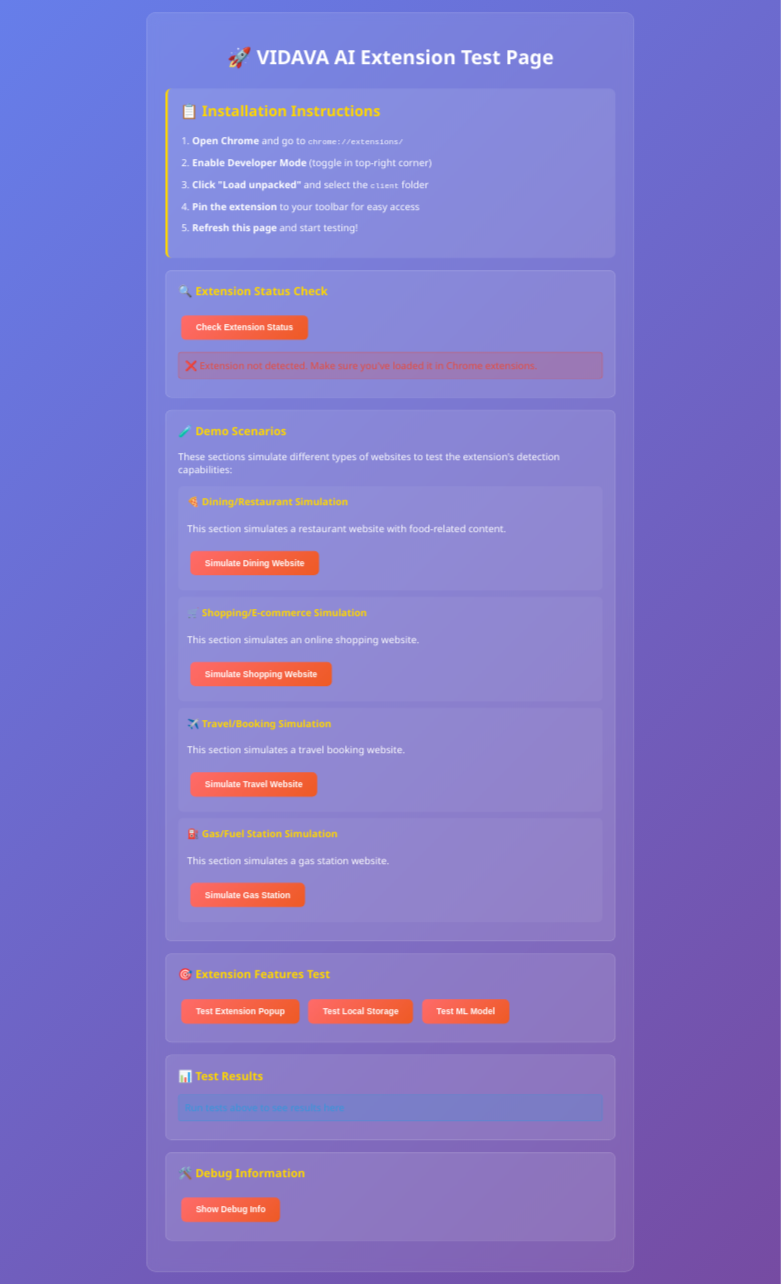
Repository: VihaanShah2004/vs2004-intenrship-version
Page: test-extension.html
These files come from the project's save history. The page is drawn as it stood at one moment and after the next save; the edit follows.
The browser window is 1280 px wide. The pictures show the whole page, at 61% of full size.

Above is the page before, as saved 2025-09-19 16:55:47.

### test-extension.html
<!DOCTYPE html>
<html lang="en">
<head>
    <meta charset="UTF-8">
    <meta name="viewport" content="width=device-width, initial-scale=1.0">
    <title>VIDAVA AI Extension Test Page</title>
    <style>
        body {
            font-family: 'Segoe UI', Tahoma, Geneva, Verdana, sans-serif;
            max-width: 800px;
            margin: 0 auto;
            padding: 20px;
            background: linear-gradient(135deg, #667eea 0%, #764ba2 100%);
            color: white;
            min-height: 100vh;
        }
        .container {
            background: rgba(255, 255, 255, 0.1);
            padding: 30px;
            border-radius: 15px;
            backdrop-filter: blur(10px);
            border: 1px solid rgba(255, 255, 255, 0.2);
        }
        h1 {
            text-align: center;
            margin-bottom: 30px;
            color: #fff;
        }
        .test-section {
            background: rgba(255, 255, 255, 0.1);
            padding: 20px;
            margin: 20px 0;
            border-radius: 10px;
            border: 1px solid rgba(255, 255, 255, 0.2);
        }
        .test-section h3 {
            color: #ffd700;
            margin-top: 0;
        }
        .test-button {
            background: linear-gradient(135deg, #ff6b6b, #ee5a24);
            color: white;
            border: none;
            padding: 12px 24px;
            border-radius: 8px;
            cursor: pointer;
            font-size: 14px;
            font-weight: 600;
            margin: 10px 5px;
            transition: all 0.3s ease;
        }
        .test-button:hover {
            transform: translateY(-2px);
            box-shadow: 0 6px 20px rgba(255, 107, 107, 0.4);
        }
        .status {
            padding: 10px;
            border-radius: 5px;
            margin: 10px 0;
            font-weight: 500;
        }
        .status.success {
            background: rgba(46, 204, 113, 0.2);
            border: 1px solid rgba(46, 204, 113, 0.5);
            color: #2ecc71;
        }
        .status.error {
            background: rgba(231, 76, 60, 0.2);
            border: 1px solid rgba(231, 76, 60, 0.5);
            color: #e74c3c;
        }
        .status.info {
            background: rgba(52, 152, 219, 0.2);
            border: 1px solid rgba(52, 152, 219, 0.5);
            color: #3498db;
        }
        .demo-content {
            background: rgba(255, 255, 255, 0.05);
            padding: 15px;
            border-radius: 8px;
            margin: 10px 0;
        }
        .demo-content h4 {
            color: #ffd700;
            margin-top: 0;
        }
        .instructions {
            background: rgba(255, 255, 255, 0.1);
            padding: 20px;
            border-radius: 10px;
            margin-bottom: 20px;
            border-left: 4px solid #ffd700;
        }
        .instructions h2 {
            color: #ffd700;
            margin-top: 0;
        }
        .instructions ol {
            padding-left: 20px;
        }
        .instructions li {
            margin: 10px 0;
            line-height: 1.6;
        }
        .code-block {
            background: rgba(0, 0, 0, 0.3);
            padding: 15px;
            border-radius: 8px;
            font-family: 'Courier New', monospace;
            font-size: 14px;
            margin: 10px 0;
            border: 1px solid rgba(255, 255, 255, 0.2);
        }
    </style>
</head>
<body>
    <div class="container">
        <h1>🚀 VIDAVA AI Extension Test Page</h1>

        <div class="instructions">
            <h2>📋 Installation Instructions</h2>
            <ol>
                <li><strong>Open Chrome</strong> and go to <code>chrome://extensions/</code></li>
                <li><strong>Enable Developer Mode</strong> (toggle in top-right corner)</li>
                <li><strong>Click "Load unpacked"</strong> and select the <code>client</code> folder</li>
                <li><strong>Pin the extension</strong> to your toolbar for easy access</li>
                <li><strong>Refresh this page</strong> and start testing!</li>
            </ol>
        </div>

        <div class="test-section">
            <h3>🔍 Extension Status Check</h3>
            <button class="test-button" onclick="checkExtensionStatus()">Check Extension Status</button>
            <div id="extensionStatus" class="status info">Click the button above to check if the extension is loaded</div>
        </div>

        <div class="test-section">
            <h3>🧪 Demo Scenarios</h3>
            <p>These sections simulate different types of websites to test the extension's detection capabilities:</p>

            <div class="demo-content">
                <h4>🍕 Dining/Restaurant Simulation</h4>
                <p>This section simulates a restaurant website with food-related content.</p>
                <button class="test-button" onclick="simulateDining()">Simulate Dining Website</button>
            </div>

            <div class="demo-content">
                <h4>🛒 Shopping/E-commerce Simulation</h4>
                <p>This section simulates an online shopping website.</p>
                <button class="test-button" onclick="simulateShopping()">Simulate Shopping Website</button>
            </div>

            <div class="demo-content">
                <h4>✈️ Travel/Booking Simulation</h4>
                <p>This section simulates a travel booking website.</p>
                <button class="test-button" onclick="simulateTravel()">Simulate Travel Website</button>
            </div>

            <div class="demo-content">
                <h4>⛽ Gas/Fuel Station Simulation</h4>
                <p>This section simulates a gas station website.</p>
                <button class="test-button" onclick="simulateGas()">Simulate Gas Station</button>
            </div>
        </div>

        <div class="test-section">
            <h3>🎯 Extension Features Test</h3>
            <button class="test-button" onclick="testPopup()">Test Extension Popup</button>
            <button class="test-button" onclick="testLocalStorage()">Test Local Storage</button>
            <button class="test-button" onclick="testMLModel()">Test ML Model</button>
            <div id="featureTestResults"></div>
        </div>

        <div class="test-section">
            <h3>📊 Test Results</h3>
            <div id="testResults">
                <div class="status info">Run tests above to see results here</div>
            </div>
        </div>

        <div class="test-section">
            <h3>🛠️ Debug Information</h3>
            <button class="test-button" onclick="showDebugInfo()">Show Debug Info</button>
            <div id="debugInfo" class="code-block" style="display: none;"></div>
        </div>
    </div>

    <script>
        // Test functions
        function checkExtensionStatus() {
            const statusDiv = document.getElementById('extensionStatus');

            if (typeof chrome !== 'undefined' && chrome.runtime && chrome.runtime.id) {
                statusDiv.className = 'status success';
                statusDiv.innerHTML = '✅ Extension is loaded and active! Extension ID: ' + chrome.runtime.id;
            } else {
                statusDiv.className = 'status error';
                statusDiv.innerHTML = '❌ Extension not detected. Make sure you\'ve loaded it in Chrome extensions.';
            }
        }

        function simulateDining() {
            // Simulate dining website content
            document.title = 'Restaurant Menu - Pizza Palace - Order Food Online';
            addTestResult('Dining simulation activated. Check extension popup for recommendations.');
        }

        function simulateShopping() {
            // Simulate shopping website content
            document.title = 'Amazon - Shop Electronics, Clothing & More';
            addTestResult('Shopping simulation activated. Check extension popup for recommendations.');
        }

        function simulateTravel() {
            // Simulate travel website content
            document.title = 'Expedia - Book Hotels, Flights & Car Rentals';
            addTestResult('Travel simulation activated. Check extension popup for recommendations.');
        }

        function simulateGas() {
            // Simulate gas station content
            document.title = 'Shell Gas Station - Find Locations & Fuel Prices';
            addTestResult('Gas station simulation activated. Check extension popup for recommendations.');
        }

        function testPopup() {
            if (typeof chrome !== 'undefined' && chrome.action) {
                chrome.action.openPopup();
                addTestResult('✅ Popup test initiated - check if popup opened');
            } else {
                addTestResult('❌ Cannot test popup - extension not detected');
            }
        }

        function testLocalStorage() {
            try {
                // Test localStorage functionality
                const testData = {
                    test: 'VIDAVA AI Extension Test',
                    timestamp: new Date().toISOString(),
                    userAgent: navigator.userAgent
                };

                localStorage.setItem('vidava_test', JSON.stringify(testData));
                const retrieved = JSON.parse(localStorage.getItem('vidava_test'));

                if (retrieved && retrieved.test === testData.test) {
                    addTestResult('✅ Local storage test passed');
                } else {
                    addTestResult('❌ Local storage test failed');
                }
            } catch (error) {
                addTestResult('❌ Local storage test error: ' + error.message);
            }
        }

        function testMLModel() {
            // Test if ML model is available
            if (typeof CreditCardMLModel !== 'undefined') {
                addTestResult('✅ ML model class is available');
            } else {
                addTestResult('⚠️ ML model class not loaded');
            }
        }

        function addTestResult(message) {
            const resultsDiv = document.getElementById('testResults');
            const timestamp = new Date().toLocaleTimeString();
            const resultDiv = document.createElement('div');
            resultDiv.className = 'status info';
            resultDiv.innerHTML = `[${timestamp}] ${message}`;
            resultsDiv.appendChild(resultDiv);
        }

        function showDebugInfo() {
            const debugDiv = document.getElementById('debugInfo');
            const debugInfo = {
                userAgent: navigator.userAgent,
                url: window.location.href,
                title: document.title,
                chromeExtension: typeof chrome !== 'undefined' ? 'Available' : 'Not Available',
                localStorage: typeof Storage !== 'undefined' ? 'Available' : 'Not Available',
                mlModel: typeof CreditCardMLModel !== 'undefined' ? 'Available' : 'Not Available',
                timestamp: new Date().toISOString()
            };

            debugDiv.innerHTML = JSON.stringify(debugInfo, null, 2);
            debugDiv.style.display = debugDiv.style.display === 'none' ? 'block' : 'none';
        }

        // Auto-check extension status on page load
        window.addEventListener('load', () => {
            setTimeout(checkExtensionStatus, 1000);
        });
    </script>
</body>
</html>

After the next save:
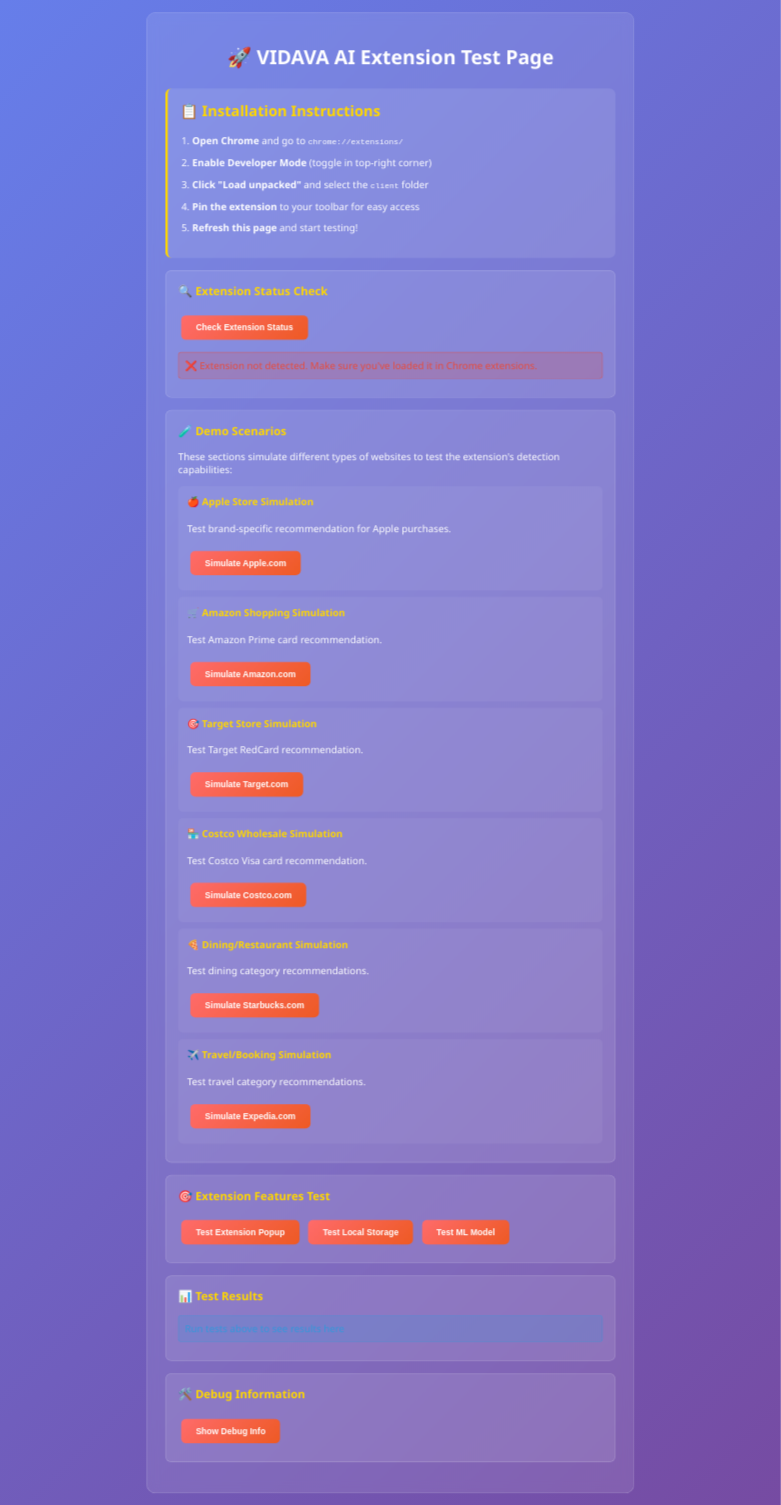
Saved 10 s later.
--- a/test-extension.html
+++ b/test-extension.html
@@ -139,27 +139,39 @@
             <p>These sections simulate different types of websites to test the extension's detection capabilities:</p>
 
             <div class="demo-content">
+                <h4>🍎 Apple Store Simulation</h4>
+                <p>Test brand-specific recommendation for Apple purchases.</p>
+                <button class="test-button" onclick="simulateApple()">Simulate Apple.com</button>
+            </div>
+
+            <div class="demo-content">
+                <h4>🛒 Amazon Shopping Simulation</h4>
+                <p>Test Amazon Prime card recommendation.</p>
+                <button class="test-button" onclick="simulateAmazon()">Simulate Amazon.com</button>
+            </div>
+
+            <div class="demo-content">
+                <h4>🎯 Target Store Simulation</h4>
+                <p>Test Target RedCard recommendation.</p>
+                <button class="test-button" onclick="simulateTarget()">Simulate Target.com</button>
+            </div>
+
+            <div class="demo-content">
+                <h4>🏪 Costco Wholesale Simulation</h4>
+                <p>Test Costco Visa card recommendation.</p>
+                <button class="test-button" onclick="simulateCostco()">Simulate Costco.com</button>
+            </div>
+
+            <div class="demo-content">
                 <h4>🍕 Dining/Restaurant Simulation</h4>
-                <p>This section simulates a restaurant website with food-related content.</p>
-                <button class="test-button" onclick="simulateDining()">Simulate Dining Website</button>
-            </div>
-
-            <div class="demo-content">
-                <h4>🛒 Shopping/E-commerce Simulation</h4>
-                <p>This section simulates an online shopping website.</p>
-                <button class="test-button" onclick="simulateShopping()">Simulate Shopping Website</button>
+                <p>Test dining category recommendations.</p>
+                <button class="test-button" onclick="simulateDining()">Simulate Starbucks.com</button>
             </div>
 
             <div class="demo-content">
                 <h4>✈️ Travel/Booking Simulation</h4>
-                <p>This section simulates a travel booking website.</p>
-                <button class="test-button" onclick="simulateTravel()">Simulate Travel Website</button>
-            </div>
-
-            <div class="demo-content">
-                <h4>⛽ Gas/Fuel Station Simulation</h4>
-                <p>This section simulates a gas station website.</p>
-                <button class="test-button" onclick="simulateGas()">Simulate Gas Station</button>
+                <p>Test travel category recommendations.</p>
+                <button class="test-button" onclick="simulateTravel()">Simulate Expedia.com</button>
             </div>
         </div>
 
